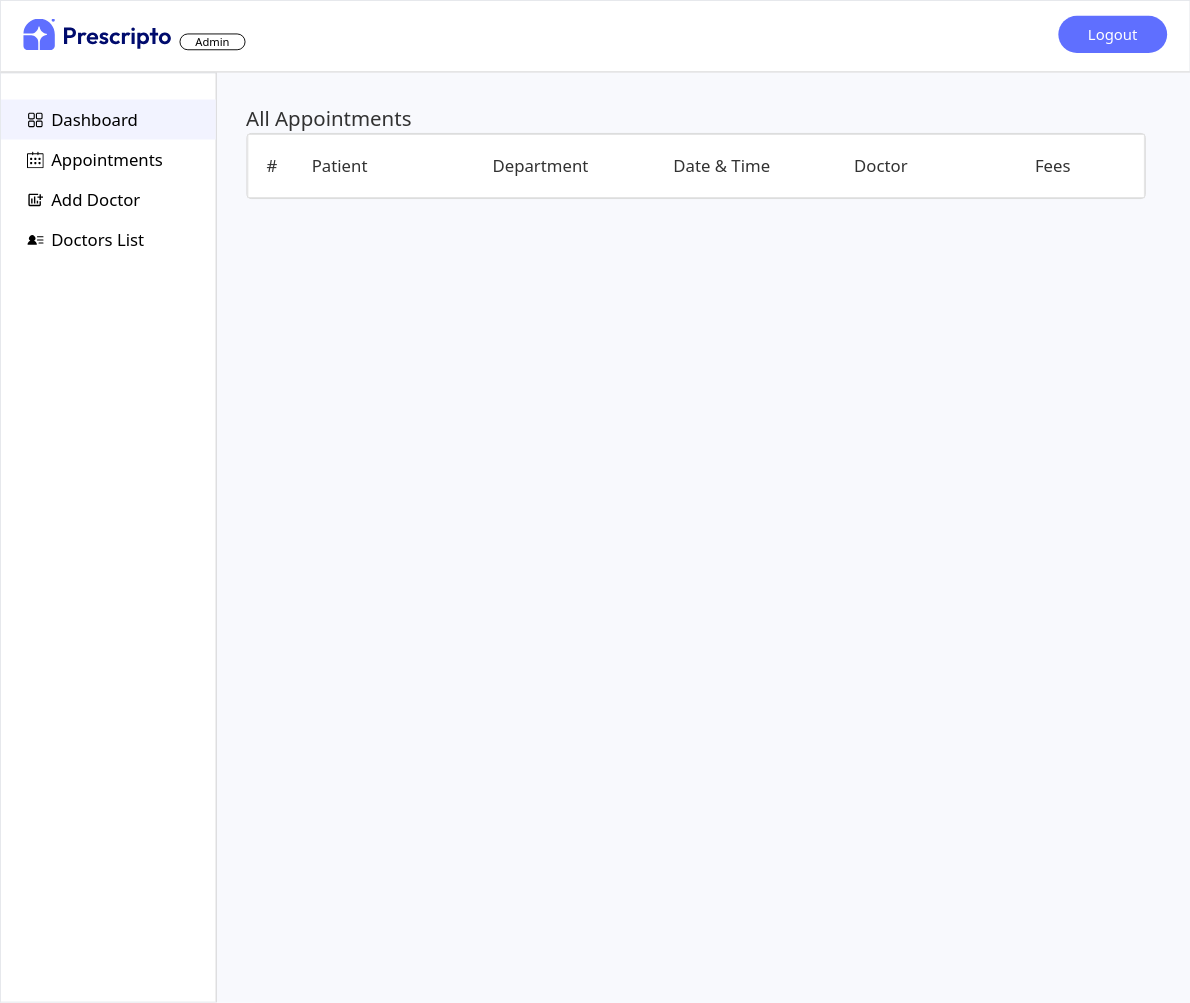
Repository: AzizHamdi99/Prescripto
Page: /allAppointments (app in AdminPanel/)
An editor plug-in stored every save of this project. The page is shown before and after the next save, followed by the edit.
The browser window is 1280 px wide. The pictures show the whole page, at 93% of full size.
The page's requests for data from a server got no answer. The project was rebuilt for these pictures with package versions that can differ from the ones it lists, and the page was loaded fresh each time. No one was signed in, and anything a server would have sent is missing. Also part of the build but not shown: AdminPanel/vite.config.js, AdminPanel/src/componants/AddDoctor.jsx, AdminPanel/src/componants/DocotorsList.jsx.

Above is the page before, as saved 2025-01-17 13:20:37.

### AdminPanel/index.html
<!doctype html>
<html lang="en">
  <head>
    <meta charset="UTF-8" />
    <link rel="icon" type="image/svg+xml" href="/vite.svg" />
    <meta name="viewport" content="width=device-width, initial-scale=1.0" />
    <title>Prescripto Admin</title>
  </head>
  <body>
    <div id="root"></div>
    <script type="module" src="/src/main.jsx"></script>
  </body>
</html>

### AdminPanel/src/main.jsx
import { StrictMode } from 'react'
import { createRoot } from 'react-dom/client'
import './index.css'
import App from './App.jsx'
import { BrowserRouter } from "react-router-dom";

createRoot(document.getElementById('root')).render(
  <BrowserRouter>
    <App />
  </BrowserRouter>,
)

### AdminPanel/src/App.jsx
import { useState } from 'react'
import{Route,Routes} from 'react-router-dom'

import './App.css'
import Navbar from './componants/Navbar'
import SideBar from './componants/SideBar'
import AddDoctor from './componants/AddDoctor'
import DocotorsList from './componants/DocotorsList'
import AllAppointments from './componants/AllAppointments'

function App() {


  return (
    <div>
      <Navbar/>
      <div className='flex'>
      <SideBar/>
      <Routes>
      <Route path='/addDoctor' element={<AddDoctor/>}/>
      <Route path='/doctorsList' element={<DocotorsList/>}/>
      <Route path='allAppointments' element={<AllAppointments/>}/>
      </Routes>
      </div>
    </div>

  )
}

export default App

### AdminPanel/src/componants/Navbar.jsx
import React from 'react'
import { assets } from '../../../frontend/src/assets/assets_frontend/assets'

function Navbar() {
  return (
    <div className='flex items-center justify-between px-6 py-4 pb-5 border-b-[#BEBEBE] border-[1px]  '>
        <div className='flex items-center justify-center'>
        <img src={assets.logo} alt="" className=' w-40 mr-2'  />
         <p className=' px-4 border-black border 1 rounded-xl font-light text-xs relative top-2'>Admin</p>
                </div>
        <span className='py-2 px-8 rounded-3xl bg-[#5F6FFF] text-white'>Logout</span>



    </div>
  )
}

export default Navbar

### AdminPanel/src/componants/SideBar.jsx
import React from 'react'
import { assets } from '../../../frontend/src/assets/assets_frontend/assets'
import { RxDashboard } from "react-icons/rx";
import { SlCalender } from "react-icons/sl";
import { MdAddChart } from "react-icons/md";
import { PiUserListFill } from "react-icons/pi";
import { useNavigate } from 'react-router-dom';


function SideBar() {
  const navigate=useNavigate();
  return (
    <div className='flex flex-col py-7 w-72 text-[18px] border-r-[#BEBEBE] border-[1px] h-[1000px]'>
        <div className='flex items-center gap-2  px-7 py-2 bg-[#F2F3FF] cursor-pointer'>
        <RxDashboard />
        <p>Dashboard</p>
        </div>
        <div onClick={()=>navigate("/allAppointments")} className='flex items-center gap-2 px-7 py-2  cursor-pointer' >
        <SlCalender />
        <p>Appointments</p>
        </div>
        <div onClick={()=>navigate("/addDoctor")} className='flex items-center gap-2 px-7 py-2  cursor-pointer'>
        <MdAddChart />
        <p>Add Doctor</p>
        </div>
        <div onClick={()=>navigate("/doctorsList")}  className='flex items-center gap-2 px-7 py-2  cursor-pointer'>
        <PiUserListFill />
        <p>Doctors List</p>
        </div>

    </div>
  )
}

export default SideBar

### AdminPanel/src/componants/AllAppointments.jsx
import axios from 'axios'
import React, { useEffect, useState } from 'react'

function AllAppointments() {
const[appointments,setAppointments]=useState([])
const [users,setUsers]=useState([])
const [doctors,setDoctors]=useState([])

useEffect(()=>{
    const getAllApointments=async()=>{
        try{
            const response=await axios.get('http://localhost:3000/api/appointment/getAllAppointments')
            setAppointments(response.data)
         //   console.log(response.data)
            console.log(appointments)
        }catch(eroor){
            console.log(eroor)
        }
    }

    const getAllUsers=async()=>{
        try{
            const response=await axios.get('http://localhost:3000/api/user/getAllUsers')
            setUsers(response.data)
            console.log(users)
        }catch(error){
            console.log(error)
        }
    }
    const getAllDoctors=async()=>{
        try{
            const response= await axios.get('http://localhost:3000/api/doctors/getAllDoctors')
            //console.log(response.data)
            setDoctors(response.data);

        }catch(error){
            console.error('eroorr fetching daata',error)
        }


    }
    getAllApointments()
    getAllUsers()
    getAllDoctors()

},[])
useEffect(() => {
    console.log( appointments); // Log updated state
}, [appointments]); // Log whenever the state changes

  return (
    <div className='p-8 pr-12 bg-[#f8f9fd] w-full'>
        <p className='text-[22px] text-[#323232] font-[500]'>All Appointments</p>
        <div className='border-[1px] border-[#D8D8D8] rounded-[5px] bg-white '>
            <div className='border-[1px] border-[#E1E1E1] p-5 grid grid-cols-[0.25fr_1fr_1fr_1fr_1fr_0.5fr] text-[18px] text-[#323232] font-[500]'>
                <p>#</p>
                <p>Patient</p>
                <p>Department</p>
                <p>Date & Time</p>
                <p>Doctor</p>
                <p>Fees</p>
            </div>
            <div>
                {appointments.map((item)=>{
                    const user=users.find((u)=>u.id==item.user_id)
                    const doctor=doctors.find((d)=>d.id==item.doctor_id)
                    return(
                        <div className='text-[18px] text-[#696B80] font[400] border-[1px] border-[#E1E1E1] p-5 items-center grid grid-cols-[0.25fr_1fr_1fr_1fr_1fr_0.5fr]' >
                            <p>{item.id}</p>
                            <p>{user.name}</p>
                            <p>{doctor.speciality}</p>
                            <p>{item.time}</p>
                            <div className='flex gap-1 items-center'>
                                <img className='h-[52px] w-[52px] rounded-[50%] bg-[#EAEFFF]' src={`http://localhost:3000/${doctor.image}`} alt="" />
                                <p>{doctor.name}</p>

                            </div>
                            <p>{doctor.fees}</p>

                        </div>
                    )




                })}

            </div>

        </div>

    </div>
  )
}

export default AllAppointments

### frontend/src/assets/assets_frontend/assets.js
import appointment_img from './appointment_img.png'
import header_img from './header_img.png'
import group_profiles from './group_profiles.png'
import profile_pic from './profile_pic.png'
import contact_image from './contact_image.png'
import about_image from './about_image.png'
import logo from './logo.svg'
import dropdown_icon from './dropdown_icon.svg'
import dropup_icon from './arrow-drop-up.svg'
import menu_icon from './menu_icon.svg'
import cross_icon from './cross_icon.png'
import chats_icon from './chats_icon.svg'
import verified_icon from './verified_icon.svg'
import arrow_icon from './arrow_icon.svg'
import info_icon from './info_icon.svg'
import upload_icon from './upload_icon.png'
import stripe_logo from './stripe_logo.png'
import razorpay_logo from './razorpay_logo.png'
import doc1 from './doc1.png'
import doc2 from './doc2.png'
import doc3 from './doc3.png'
import doc4 from './doc4.png'
import doc5 from './doc5.png'
import doc6 from './doc6.png'
import doc7 from './doc7.png'
import doc8 from './doc8.png'
import doc9 from './doc9.png'
import doc10 from './doc10.png'
import doc11 from './doc11.png'
import doc12 from './doc12.png'
import doc13 from './doc13.png'
import doc14 from './doc14.png'
import doc15 from './doc15.png'
import Dermatologist from './Dermatologist.svg'
import Gastroenterologist from './Gastroenterologist.svg'
import General_physician from './General_physician.svg'
import Gynecologist from './Gynecologist.svg'
import Neurologist from './Neurologist.svg'
import Pediatricians from './Pediatricians.svg'
import uploadare from './upload_area.png'


export const assets = {
    appointment_img,
    header_img,
    group_profiles,
    logo,
    chats_icon,
    verified_icon,
    info_icon,
    profile_pic,
    arrow_icon,
    contact_image,
    about_image,
    menu_icon,
    cross_icon,
    dropdown_icon,
    upload_icon,
    stripe_logo,
    razorpay_logo,
    dropup_icon,
    uploadare
}

export const specialityData = [
    {
        speciality: 'General physician',
        image: General_physician
    },
    {
        speciality: 'Gynecologist',
        image: Gynecologist
    },
    {
        speciality: 'Dermatologist',
        image: Dermatologist
    },
    {
        speciality: 'Pediatricians',
        image: Pediatricians
    },
    {
        speciality: 'Neurologist',
        image: Neurologist
    },
    {
        speciality: 'Gastroenterologist',
        image: Gastroenterologist
    },
]

export const doctors = [
    {
        _id: 'doc1',
        name: 'Dr. Richard James',
        image: doc1,
        speciality: 'General physician',
        degree: 'MBBS',
        experience: '4 Years',
        about: 'Dr. Davis has a strong commitment to delivering comprehensive medical care, focusing on preventive medicine, early diagnosis, and effective treatment strategies. Dr. Davis has a strong commitment to delivering comprehensive medical care, focusing on preventive medicine, early diagnosis, and effective treatment strategies.',
        fees: 50,
        address: {
            line1: '17th Cross, Richmond',
            line2: 'Circle, Ring Road, London'
        }
    },
    {
        _id: 'doc2',
        name: 'Dr. Emily Larson',
        image: doc2,
        speciality: 'Gynecologist',
        degree: 'MBBS',
        experience: '3 Years',
        about: 'Dr. Davis has a strong commitment to delivering comprehensive medical care, focusing on preventive medicine, early diagnosis, and effective treatment strategies. Dr. Davis has a strong commitment to delivering comprehensive medical care, focusing on preventive medicine, early diagnosis, and effective treatment strategies.',
        fees: 60,
        address: {
            line1: '27th Cross, Richmond',
            line2: 'Circle, Ring Road, London'
        }
    },
    {
        _id: 'doc3',
        name: 'Dr. Sarah Patel',
        image: doc3,
        speciality: 'Dermatologist',
        degree: 'MBBS',
        experience: '1 Years',
        about: 'Dr. Davis has a strong commitment to delivering comprehensive medical care, focusing on preventive medicine, early diagnosis, and effective treatment strategies. Dr. Davis has a strong commitment to delivering comprehensive medical care, focusing on preventive medicine, early diagnosis, and effective treatment strategies.',
        fees: 30,
        address: {
            line1: '37th Cross, Richmond',
            line2: 'Circle, Ring Road, London'
        }
    },
    {
        _id: 'doc4',
        name: 'Dr. Christopher Lee',
        image: doc4,
        speciality: 'Pediatricians',
        degree: 'MBBS',
        experience: '2 Years',
        about: 'Dr. Davis has a strong commitment to delivering comprehensive medical care, focusing on preventive medicine, early diagnosis, and effective treatment strategies. Dr. Davis has a strong commitment to delivering comprehensive medical care, focusing on preventive medicine, early diagnosis, and effective treatment strategies.',
        fees: 40,
        address: {
            line1: '47th Cross, Richmond',
            line2: 'Circle, Ring Road, London'
        }
    },
    {
        _id: 'doc5',
        name: 'Dr. Jennifer Garcia',
        image: doc5,
        speciality: 'Neurologist',
        degree: 'MBBS',
        experience: '4 Years',
        about: 'Dr. Davis has a strong commitment to delivering comprehensive medical care, focusing on preventive medicine, early diagnosis, and effective treatment strategies. Dr. Davis has a strong commitment to delivering comprehensive medical care, focusing on preventive medicine, early diagnosis, and effective treatment strategies.',
        fees: 50,
        address: {
            line1: '57th Cross, Richmond',
            line2: 'Circle, Ring Road, London'
        }
    },
    {
        _id: 'doc6',
        name: 'Dr. Andrew Williams',
        image: doc6,
        speciality: 'Neurologist',
        degree: 'MBBS',
        experience: '4 Years',
        about: 'Dr. Davis has a strong commitment to delivering comprehensive medical care, focusing on preventive medicine, early diagnosis, and effective treatment strategies. Dr. Davis has a strong commitment to delivering comprehensive medical care, focusing on preventive medicine, early diagnosis, and effective treatment strategies.',
        fees: 50,
        address: {
            line1: '57th Cross, Richmond',
            line2: 'Circle, Ring Road, London'
        }
    },
    {
        _id: 'doc7',
        name: 'Dr. Christopher Davis',
        image: doc7,
        speciality: 'General physician',
        degree: 'MBBS',
        experience: '4 Years',
        about: 'Dr. Davis has a strong commitment to delivering comprehensive medical care, focusing on preventive medicine, early diagnosis, and effective treatment strategies. Dr. Davis has a strong commitment to delivering comprehensive medical care, focusing on preventive medicine, early diagnosis, and effective treatment strategies.',
        fees: 50,
        address: {
            line1: '17th Cross, Richmond',
            line2: 'Circle, Ring Road, London'
        }
    },
    {
        _id: 'doc8',
        name: 'Dr. Timothy White',
        image: doc8,
        speciality: 'Gynecologist',
        degree: 'MBBS',
        experience: '3 Years',
        about: 'Dr. Davis has a strong commitment to delivering comprehensive medical care, focusing on preventive medicine, early diagnosis, and effective treatment strategies. Dr. Davis has a strong commitment to delivering comprehensive medical care, focusing on preventive medicine, early diagnosis, and effective treatment strategies.',
        fees: 60,
        address: {
            line1: '27th Cross, Richmond',
            line2: 'Circle, Ring Road, London'
        }
    },
    {
        _id: 'doc9',
        name: 'Dr. Ava Mitchell',
        image: doc9,
        speciality: 'Dermatologist',
        degree: 'MBBS',
        experience: '1 Years',
        about: 'Dr. Davis has a strong commitment to delivering comprehensive medical care, focusing on preventive medicine, early diagnosis, and effective treatment strategies. Dr. Davis has a strong commitment to delivering comprehensive medical care, focusing on preventive medicine, early diagnosis, and effective treatment strategies.',
        fees: 30,
        address: {
            line1: '37th Cross, Richmond',
            line2: 'Circle, Ring Road, London'
        }
    },
    {
        _id: 'doc10',
        name: 'Dr. Jeffrey King',
        image: doc10,
        speciality: 'Pediatricians',
        degree: 'MBBS',
        experience: '2 Years',
        about: 'Dr. Davis has a strong commitment to delivering comprehensive medical care, focusing on preventive medicine, early diagnosis, and effective treatment strategies. Dr. Davis has a strong commitment to delivering comprehensive medical care, focusing on preventive medicine, early diagnosis, and effective treatment strategies.',
        fees: 40,
        address: {
            line1: '47th Cross, Richmond',
            line2: 'Circle, Ring Road, London'
        }
    },
    {
        _id: 'doc11',
        name: 'Dr. Zoe Kelly',
        image: doc11,
        speciality: 'Neurologist',
        degree: 'MBBS',
        experience: '4 Years',
        about: 'Dr. Davis has a strong commitment to delivering comprehensive medical care, focusing on preventive medicine, early diagnosis, and effective treatment strategies. Dr. Davis has a strong commitment to delivering comprehensive medical care, focusing on preventive medicine, early diagnosis, and effective treatment strategies.',
        fees: 50,
        address: {
            line1: '57th Cross, Richmond',
            line2: 'Circle, Ring Road, London'
        }
    },
    {
        _id: 'doc12',
        name: 'Dr. Patrick Harris',
        image: doc12,
        speciality: 'Neurologist',
        degree: 'MBBS',
        experience: '4 Years',
        about: 'Dr. Davis has a strong commitment to delivering comprehensive medical care, focusing on preventive medicine, early diagnosis, and effective treatment strategies. Dr. Davis has a strong commitment to delivering comprehensive medical care, focusing on preventive medicine, early diagnosis, and effective treatment strategies.',
        fees: 50,
        address: {
            line1: '57th Cross, Richmond',
            line2: 'Circle, Ring Road, London'
        }
    },
    {
        _id: 'doc13',
        name: 'Dr. Chloe Evans',
        image: doc13,
        speciality: 'General physician',
        degree: 'MBBS',
        experience: '4 Years',
        about: 'Dr. Davis has a strong commitment to delivering comprehensive medical care, focusing on preventive medicine, early diagnosis, and effective treatment strategies. Dr. Davis has a strong commitment to delivering comprehensive medical care, focusing on preventive medicine, early diagnosis, and effective treatment strategies.',
        fees: 50,
        address: {
            line1: '17th Cross, Richmond',
            line2: 'Circle, Ring Road, London'
        }
    },
    {
        _id: 'doc14',
        name: 'Dr. Ryan Martinez',
        image: doc14,
        speciality: 'Gynecologist',
        degree: 'MBBS',
        experience: '3 Years',
        about: 'Dr. Davis has a strong commitment to delivering comprehensive medical care, focusing on preventive medicine, early diagnosis, and effective treatment strategies. Dr. Davis has a strong commitment to delivering comprehensive medical care, focusing on preventive medicine, early diagnosis, and effective treatment strategies.',
        fees: 60,
        address: {
            line1: '27th Cross, Richmond',
            line2: 'Circle, Ring Road, London'
        }
    },
    {
        _id: 'doc15',
        name: 'Dr. Amelia Hill',
        image: doc15,
        speciality: 'Dermatologist',
        degree: 'MBBS',
        experience: '1 Years',
        about: 'Dr. Davis has a strong commitment to delivering comprehensive medical care, focusing on preventive medicine, early diagnosis, and effective treatment strategies. Dr. Davis has a strong commitment to delivering comprehensive medical care, focusing on preventive medicine, early diagnosis, and effective treatment strategies.',
        fees: 30,
        address: {
            line1: '37th Cross, Richmond',
            line2: 'Circle, Ring Road, London'
        }
    },
]

Loaded but not shown: AdminPanel/src/index.css (common file); AdminPanel/tailwind.config.js (common file); AdminPanel/src/App.css (no stored copy; drawn as an empty file)

After the next save:
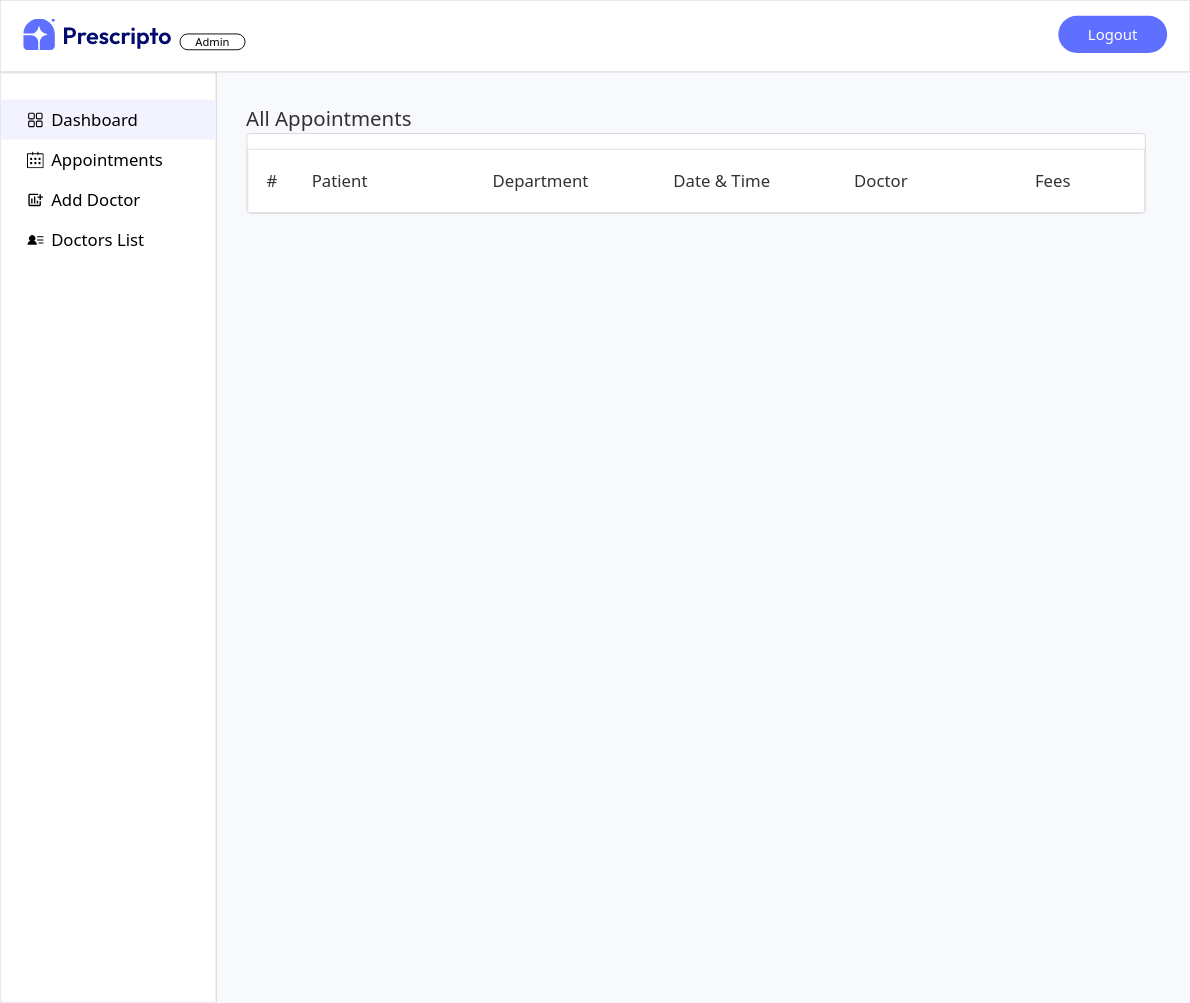
Saved 17 s later.
--- a/AdminPanel/src/componants/AllAppointments.jsx
+++ b/AdminPanel/src/componants/AllAppointments.jsx
@@ -52,7 +52,7 @@
     <div className='p-8 pr-12 bg-[#f8f9fd] w-full'>
         <p className='text-[22px] text-[#323232] font-[500]'>All Appointments</p>
         <div className='border-[1px] border-[#D8D8D8] rounded-[5px] bg-white '>
-            <div className='border-[1px] border-[#E1E1E1] p-5 grid grid-cols-[0.25fr_1fr_1fr_1fr_1fr_0.5fr] text-[18px] text-[#323232] font-[500]'>
+            <div className='border-[1px] mt-4 border-[#E1E1E1] p-5 grid grid-cols-[0.25fr_1fr_1fr_1fr_1fr_0.5fr] text-[18px] text-[#323232] font-[500]'>
                 <p>#</p>
                 <p>Patient</p>
                 <p>Department</p>
